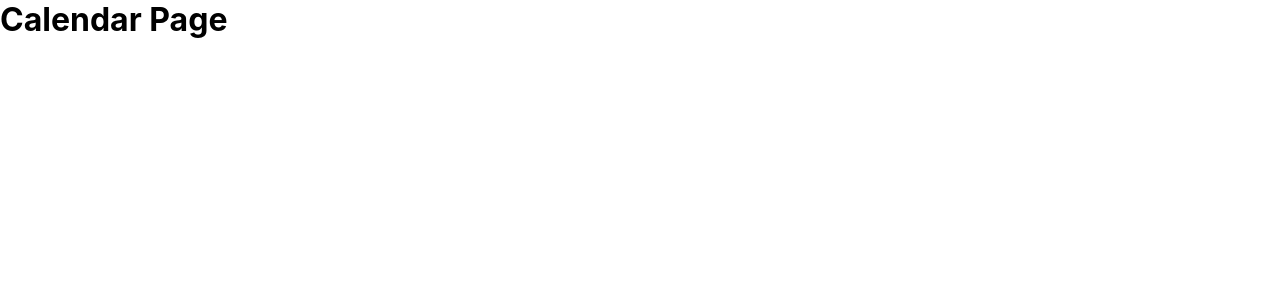
Repository: onionNguyen/Senior-Design-Project
Page: /calendar (app in frontend/)
These files come from the project's save history. The page is drawn as it stood at one moment and after the next save; the edit follows.
The browser window is 1280 px wide. The pictures show the whole page.
The page's requests for data from a server got no answer. The project was rebuilt for these pictures with package versions that can differ from the ones it lists, and the page was loaded fresh each time. No one was signed in, and anything a server would have sent is missing. Also part of the build but not shown: frontend/src/components/sidenav/SideNav.module.css, frontend/src/components/sidenav/SideNav.js, frontend/src/components/form/Form.module.css, frontend/src/components/form/Input.js, frontend/src/components/pages/edit-user-profile/EditProfile.module.css, frontend/src/components/form/IndicatesRequired.js, frontend/src/components/form/MessageRibbon.js, frontend/src/components/pages/edit-user-profile/EditProfile.js and 9 more.

Above is the page before, as saved 2023-10-27 13:41:02.

### frontend/src/index.css
* {
  box-sizing: border-box;
  margin: 0;
  padding: 0;
}

body {
  font-family: -apple-system, BlinkMacSystemFont, "Segoe UI", "Roboto", "Oxygen",
    "Ubuntu", "Cantarell", "Fira Sans", "Droid Sans", "Helvetica Neue",
    sans-serif;
  -webkit-font-smoothing: antialiased;
  -moz-osx-font-smoothing: grayscale;
}

code {
  font-family: source-code-pro, Menlo, Monaco, Consolas, "Courier New",
    monospace;
}

### frontend/src/App.js
import { BrowserRouter as Router, Routes, Route } from "react-router-dom";
import EditProfile from "./components/pages/edit-user-profile/EditProfile";
import Login from "./components/pages/login/Login";
import Home from "./components/pages/home/Home";
import Register from "./components/pages/registration/Register";
import { AuthContext } from "./helpers/AuthContext";
import { useState, useEffect } from "react";
import axios from "axios";
import NotFound from "./components/pages/error/NotFound";
import Calendar from "./components/pages/calendar/Calendar";
import RemoteViewing from "./components/pages/remote-viewing/RemoteViewing";

function App() {
  const [authState, setAuthState] = useState({
    id: 0,
    name: "",
    email: "",
    status: false,
  });

  useEffect(() => {
    axios
      .get("http://localhost:5000/auth", {
        headers: {
          accessToken: localStorage.getItem("accessToken"),
        },
      })
      .then((response) => {
        console.log(response.data);
        if (response.data.error) {
          setAuthState({
            ...authState,
            status: false,
          });
        } else {
          setAuthState({
            id: response.data.id,
            name: response.data.name,
            email: response.data.email,
            status: true,
          });
        }
      });
  }, [authState]);

  return (
    <AuthContext.Provider value={{ authState, setAuthState }}>
      <Router>
        <Routes>
          <Route path="/" exact element={<Home />} />
          <Route path="/register" exact element={<Register />} />
          <Route path="/login" exact element={<Login />} />
          <Route path="/profile/edit" exact element={<EditProfile />} />
          <Route path="/calendar" exact element={<Calendar />} />
          <Route path="/remote-viewing" exact element={<RemoteViewing />} />
          <Route path="*" exact element={<NotFound />} />
        </Routes>
      </Router>
    </AuthContext.Provider>
  );
}

export default App;

### frontend/src/components/pages/calendar/Calendar.js
import React from "react";

const Calendar = () => {
  return (
    <div>
      <h1>Calendar Page</h1>
    </div>
  );
};

export default Calendar;

### frontend/src/components/footer/Footer.js
import React from "react";
import styles from "./Footer.module.css";

const Footer = () => {
  return (
    <div className={styles["footer"]}>
      <p>Copyright &copy; 2023 uRexpert All rights reserved.</p>
    </div>
  );
};

export default Footer;

### frontend/src/components/header/Header.js
import React from "react";
import styles from "./Header.module.css";
import { useContext } from "react";
import { AuthContext } from "../../helpers/AuthContext";
import { useNavigate, Link } from "react-router-dom";

const Header = () => {
  const { authState, setAuthState } = useContext(AuthContext);
  const navigate = useNavigate();

  const logout = () => {
    localStorage.removeItem("accessToken");
    setAuthState({
      id: 0,
      name: "",
      email: "",
      status: false,
    });
    navigate("/login");
  };

  return (
    <div className={styles["header"]}>
      <Link to="/">
        <h1>uARexpert</h1>
      </Link>
      {authState.status && <h2>{authState.name}</h2>}
      {authState.status && <button onClick={logout}>Logout</button>}
    </div>
  );
};

export default Header;

### frontend/src/components/header/Header.module.css
.header {
  display: flex;
  justify-content: center;
  align-items: center;
  background-color: gainsboro;
  padding: 10px 20px;
}

.left-aligned {
  display: flex;
  align-items: center;
}

#logo img {
  margin-right: 15px; /* Adjust as needed */
}

Loaded but not shown: frontend/public/index.html (common file); frontend/src/index.js (common file); frontend/src/reportWebVitals.js (common file); frontend/src/helpers/AuthContext.js (common file); frontend/src/components/footer/Footer.module.css (common file)

After the next save:
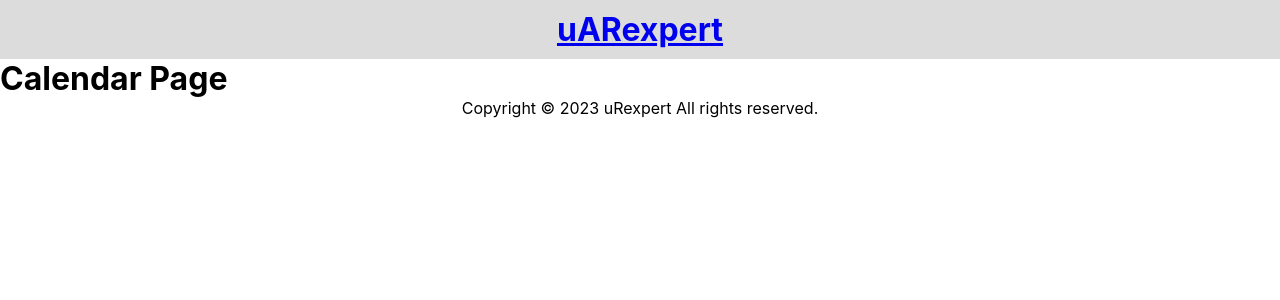
Saved 83 s later.
--- a/frontend/src/components/pages/calendar/Calendar.js
+++ b/frontend/src/components/pages/calendar/Calendar.js
@@ -1,9 +1,13 @@
 import React from "react";
+import Header from "../../header/Header";
+import Footer from "../../footer/Footer";
 
 const Calendar = () => {
   return (
     <div>
+      <Header />
       <h1>Calendar Page</h1>
+      <Footer />
     </div>
   );
 };
